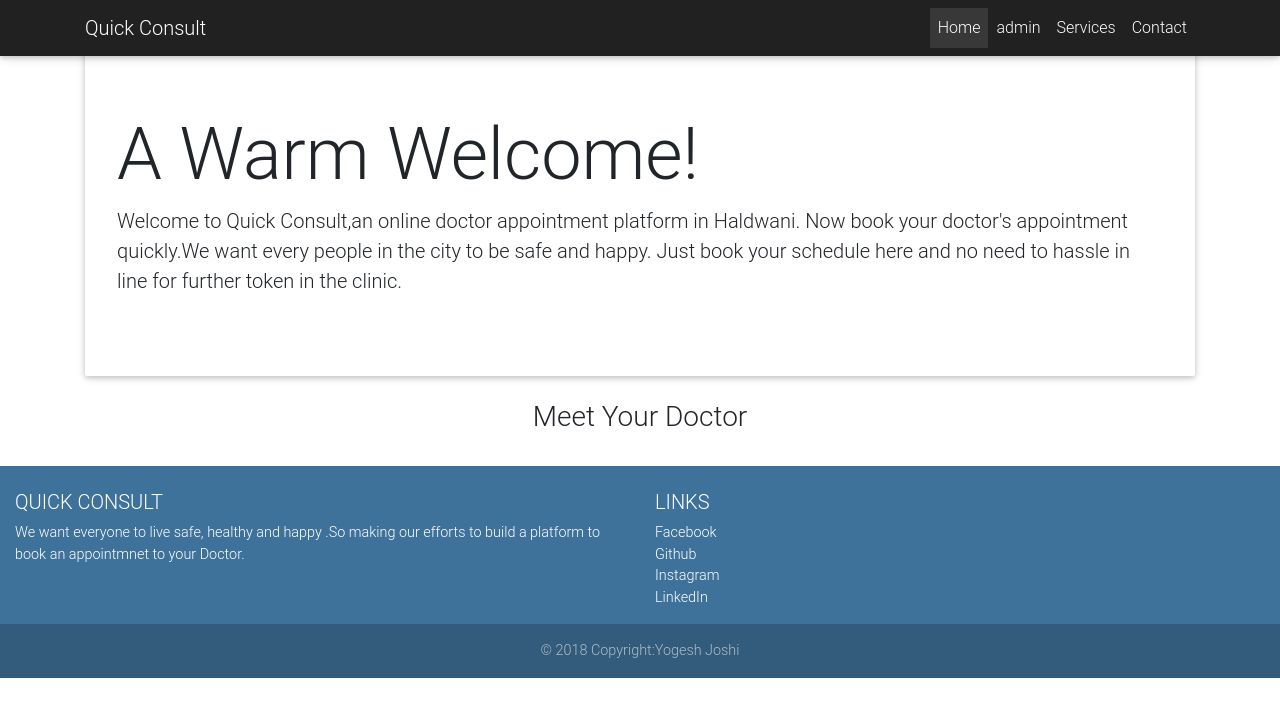
Repository: yogz-joshi/quick_consult
Page: http://localhost/
The author's editor kept a record of every edit. The page is drawn from the files as they stood at one moment, then again after the next edit.
The browser window is 1280 px wide. The pictures show the whole page.
Some web libraries are served in a nearby version. The page is served by the project's Node server (work/v2/app.js). Queries for data that is not in the repository find no rows.

Above is the page before.

After the next edit:
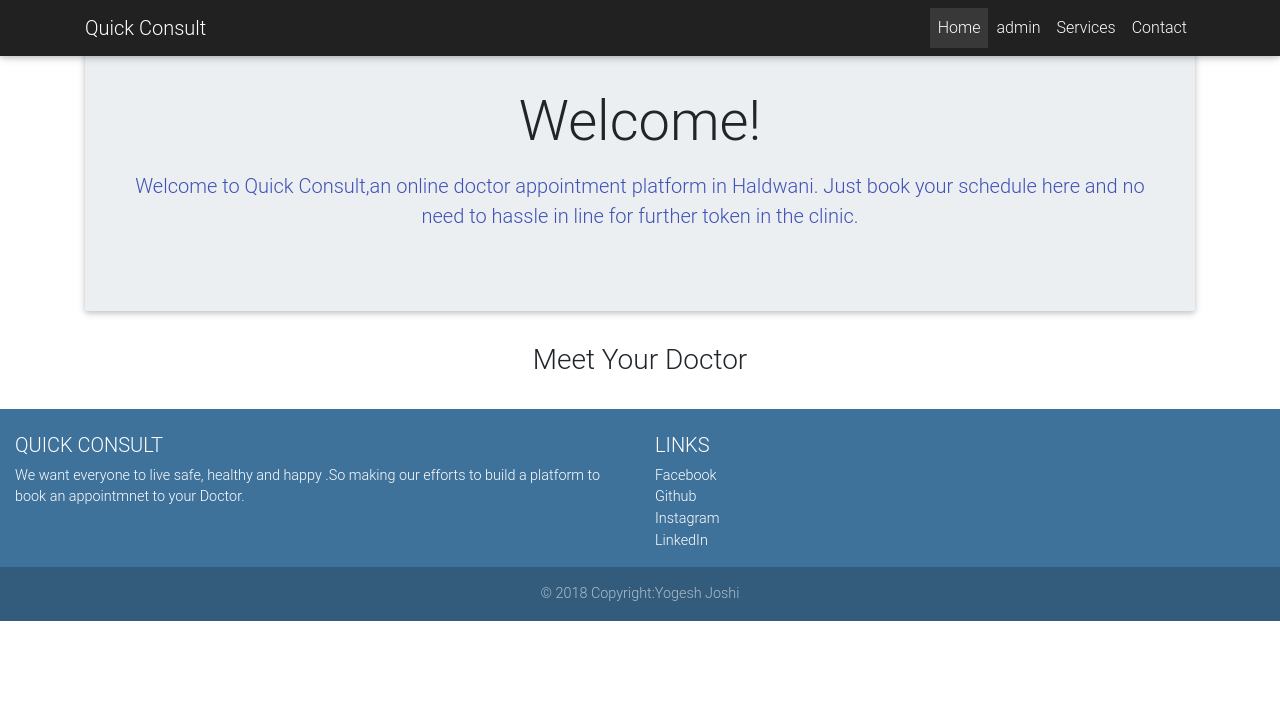
The edit:
--- a/work/v2/views/home.ejs
+++ b/work/v2/views/home.ejs
@@ -1,9 +1,10 @@
 <!--<% include partials/header%>-->
 <div class="container">
-    <header class="jumbotron my-4">
-        <h1 class="display-3">A Warm Welcome!</h1>
-        <p class="lead">Welcome to Quick Consult,an online doctor appointment platform in Haldwani.  Now book your doctor's appointment quickly.We want every
-        people in the city to be safe and happy. Just book your schedule here and no need to hassle in line for further token in the clinic.</p>
+    <header class="jumbotron text-center blue-grey lighten-5  ">
+        <h1 class="display-4">Welcome!</h1>
+
+        <p class="lead pt-2 font-bold indigo-text">Welcome to Quick Consult,an online doctor appointment platform in Haldwani.
+      Just book your schedule here and no need to hassle in line for further token in the clinic.</p>
       <!--<div style="margin:0 0 auto" <a href="#" class="btn btn-primary btn-lg">Know more</a></div>-->
     </header>
 
